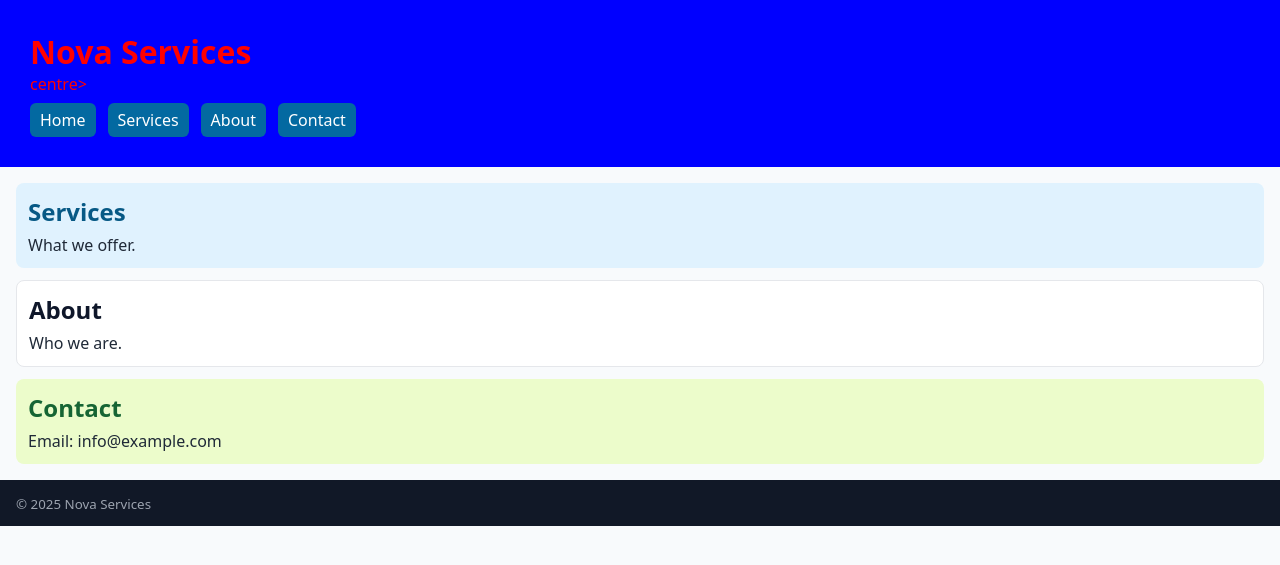
Repository: bbazimya/Nova-services
Page: index.html
These files come from the project's save history. The page is drawn as it stood at one moment and after a run of saves; the edit follows.
The browser window is 1280 px wide. The pictures show the whole page.

Above is the page before, as saved 2025-09-10 13:05:48.

### index.html
<!doctype html>
<html lang="en">
<head>
  <meta charset="utf-8">
  <meta name="viewport" content="width=device-width, initial-scale=1">
  <title>Nova Services</title>
  <link rel="stylesheet" href="styles.css">
</head>
<body>
  <header>
    <h1><centre>Nova Services</h1>centre></h1>
    <nav>
      <a href="#home">Home</a>
      <a href="#services">Services</a>
      <a href="#about">About</a>
      <a href="#contact">Contact</a>
    </nav>
  </header>
  <main id="home">
    <section id="services"><h2>Services</h2><p>What we offer.</p></section>
    <section id="about"><h2>About</h2><p>Who we are.</p></section>
    <section id="contact"><h2>Contact</h2><p>Email: info@example.com</p></section>
  </main>
  <footer>
    <small>&copy; <time>2025</time> Nova Services</small>
  </footer>
</body>
</html>

### styles.css
body{margin:0;font-family:system-ui,Arial,sans-serif;color:#1f2937;background:#f8fafc;}
header{background:blue;color:red;padding:30px;}
header h1{margin:0;}
nav{margin-top:8px;display:flex;gap:12px;flex-wrap:wrap;}
nav a{color:#fff;background:#0369a1;padding:6px 10px;border-radius:6px;text-decoration:none;}
main{padding:16px;}
#services{background:#e0f2fe;border-radius:8px;padding:12px;margin-bottom:12px;}
#services h2{margin:0 0 6px 0;color:#075985;}
#services p{margin:0;}
#about{background:#fff;border:1px solid #e5e7eb;border-radius:8px;padding:12px;margin-bottom:12px;}
#about h2{margin:0 0 6px 0;color:#0f172a;}
#about p{margin:0;}
#contact{background:#ecfccb;border-radius:8px;padding:12px;}
#contact h2{margin:0 0 6px 0;color:#166534;}
#contact p{margin:0;}
footer{background:#111827;color:#9ca3af;padding:12px 16px;}

After the next 2 saves:
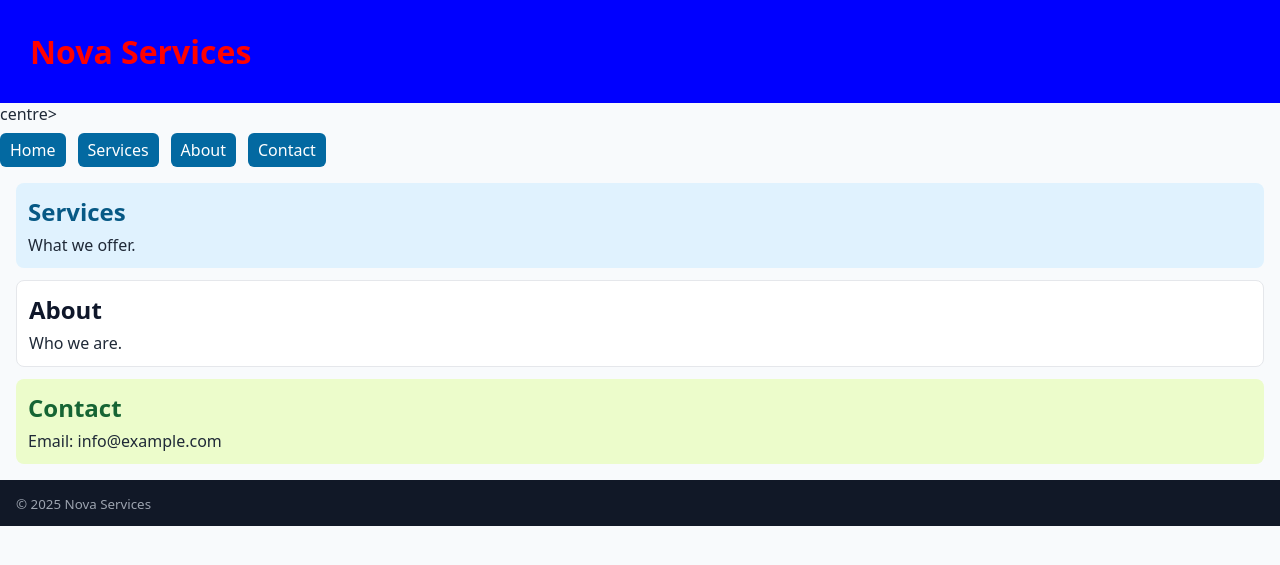
The 2 saves are shown as one change because they came seconds apart.
The last was saved 24 s later.
--- a/index.html
+++ b/index.html
@@ -8,7 +8,7 @@
 </head>
 <body>
   <header>
-    <h1><centre>Nova Services</h1>centre></h1>
+    <h1><centre>Nova Services</h1></header>centre></h1>
     <nav>
       <a href="#home">Home</a>
       <a href="#services">Services</a>
